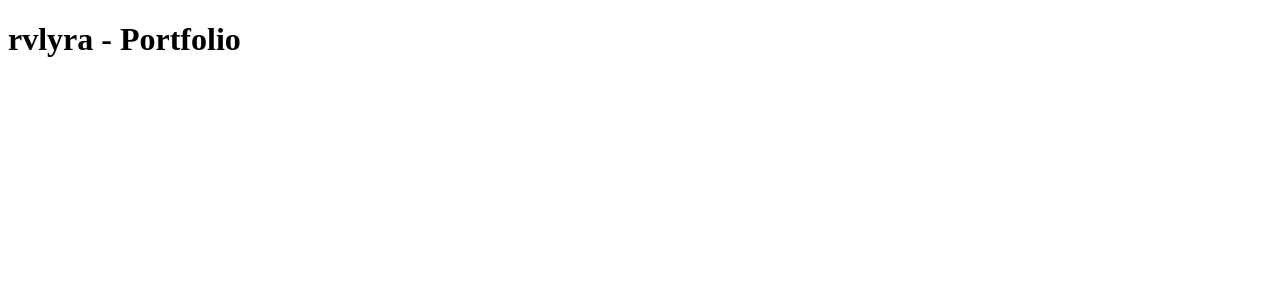
Repository: rvlyra/splash-screen-rvlyra
Page: Portfolio-RVLYRA/public/index.html
An editor plug-in stored every save of this project. The page is shown before and after the next save, followed by the edit.
The browser window is 1280 px wide. The pictures show the whole page.
Some web fonts or font styles are not loaded; a fallback is used.

Above is the page before, as saved 2022-07-06 09:13:20.

### Portfolio-RVLYRA/public/index.html
<!DOCTYPE html>
<html lang="en">
<head>
    <meta charset="UTF-8">
    <meta http-equiv="X-UA-Compatible" content="IE=edge">
    <meta name="viewport" content="width=device-width, initial-scale=1.0">
    <title>rvlyra @ Portfolio</title>
</head>
<body>
    <header class="header">
        <h1>rvlyra - Portfolio</h1>
    </header>


</body>
</html>

### Portfolio-RVLYRA/assets/src/css/rl.main.css
@import url('https://fonts.googleapis.com/css2?family=Mingzat&display=swap');

setcion, header {
    font-family: 'Mingzat', sans-serif;
}

After the next save:
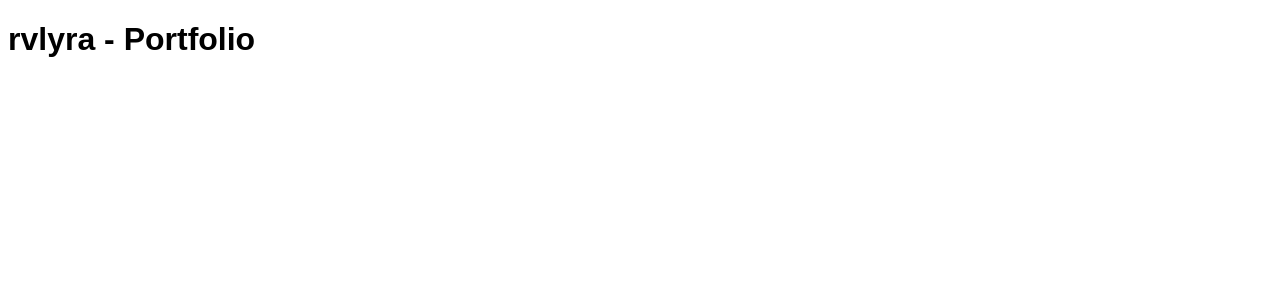
Saved 31 s later.
--- a/Portfolio-RVLYRA/public/index.html
+++ b/Portfolio-RVLYRA/public/index.html
@@ -4,6 +4,7 @@
     <meta charset="UTF-8">
     <meta http-equiv="X-UA-Compatible" content="IE=edge">
     <meta name="viewport" content="width=device-width, initial-scale=1.0">
+    <link rel="stylesheet" href="../assets/src/css/rl.main.css">
     <title>rvlyra @ Portfolio</title>
 </head>
 <body>
